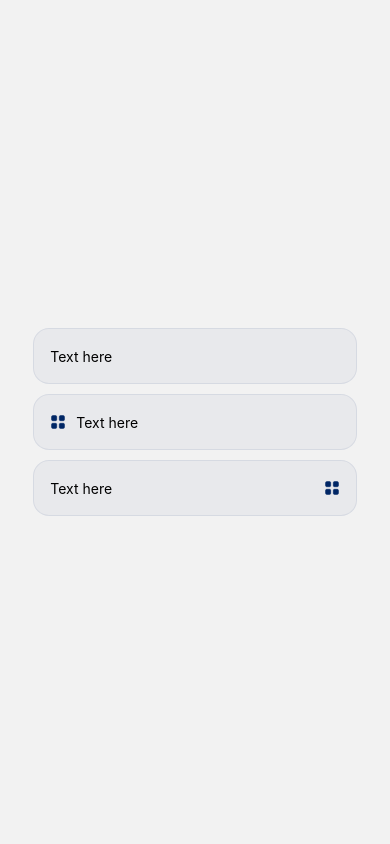
Repository: hungdomanh95/setuptheme
Screen: /HomeScreen
The author's editor kept a copy of each file at every save. The screen is drawn from the files as they stood at one save, then again after the next save.
The app was drawn by React Native's web renderer in a window 390 px wide. The project was rebuilt for these pictures with package versions that can differ from the ones it lists, and the page was loaded fresh each time. Also part of the build but not shown: src/components/Fade/index.js, src/components/Slide/index.js, src/components/RNBotton/index.js, src/components/RNCheckbox/index.js.

Above is the screen before, as saved 2022-05-17 17:07:03.

### App.js
import {View, Text} from 'react-native';
import React from 'react';
import RootNavigation from './src/navigation/rootNavigation';

const App = () => {
  return <RootNavigation />;
};

export default App;

### src/navigation/rootNavigation.js
import React from 'react'
import {NavigationContainer} from '@react-navigation/native';
import {createNativeStackNavigator} from '@react-navigation/native-stack';
import {
  HomeScreen,
} from '../screens';
import { SafeAreaProvider } from 'react-native-safe-area-context';

const Stack = createNativeStackNavigator();
const RootNavigation = () => {
  const screenOptions = {
    headerTransparent: true,
    headerShown: false,
  };
  const stackOption = {
    headerShown: true,
    headerBackTitle: '',
    headerTitle: '',
  };
  return (
    <SafeAreaProvider>
      <NavigationContainer>
        <Stack.Navigator screenOptions={screenOptions}>
          <Stack.Screen name="HomeScreen" component={HomeScreen} />
        </Stack.Navigator>
      </NavigationContainer>
    </SafeAreaProvider>
  );
};

export default RootNavigation;

### src/screens/index.js
import HomeScreen from './HomeScreen';
export {HomeScreen};

### src/screens/HomeScreen/index.js
import {View, StyleSheet} from 'react-native';
import React from 'react';
import {COLOR} from '../../theme';
import {Button, CheckBox, Input} from '../../components';
const icon = require("../../assets/icon/Categary.png")

const HomeScreen = () => {
  return (
    <View style={styles.container}>
      {/* <Button text="Button" type={'primary'} size={'fullsize'} />
      <Button text="Button" type={'danger'} size={'medium'} />
      <Button text="Button" type={'success'} size={'small'} />
      <Button text="Button" type={'warning'} size={80} />
      <Button
        text="Button"
        type={'primary'}
        size={'fullsize'}
        disabled={true}
      />
      <Button text="Button" color={COLOR.neural8} colorText={COLOR.neural} />

      <CheckBox /> */}
      <Input placeholder="Text here"/>
      <Input placeholder="Text here" iconLeft={icon} />
      <Input placeholder="Text here" iconRight={icon} />
    </View>
  );
};

export default HomeScreen;
const styles = StyleSheet.create({
  container: {
    flex: 1,
    justifyContent: 'center',
    alignItems: 'center',
  },
});

### src/theme/index.js
import {StyleSheet, Dimensions} from 'react-native';
const {width, height} = Dimensions.get('window');
const width_design = 375;
export const SIZE = {
  width,
  height,
  spacing: 16,
  spacing10:10,
  icon: 24,
  iconInput:16,
  btn1: (width * 343) / width_design,
  btn2: (width * 196) / width_design,
  btn3: (width * 160) / width_design,
  checkbox: 25,
  input1:(width * 311) / width_design
};
export const COLOR = {
  primary: '#002665',
  primary80: 'rgba(0, 38, 101, 0.8)',
  primary60: 'rgba(0, 38, 101, 0.6)',
  primary40: 'rgba(0, 38, 101, 0.4)',
  primary24: 'rgba(0, 38, 101, 0.24)',
  primary16: 'rgba(0, 38, 101, 0.16)',
  primary8: 'rgba(0, 38, 101, 0.08)',
  primary4: 'rgba(0, 38, 101, 0.04)',
  secondary: '#2567F9',
  secondary50: '#0077FF',
  secondary40: 'rgba(0, 119, 255, 0.4)',
  secondary24: 'rgba(0, 119, 255, 0.24)',
  secondary16: 'rgba(0, 119, 255, 0.16)',
  secondary8: 'rgba(0, 119, 255, 0.08)',
  white: '#FFFFFF',
  white64: 'rgba(255,255,255,0.64)',
  white40: 'rgba(255,255,255,0.4)',
  white24: 'rgba(255,255,255,0.24)',
  white16: 'rgba(255,255,255,0.16)',
  white8: 'rgba(255,255,255,0.08)',
  white4: 'rgba(255,255,255,0.04)',
  yellow: '#FDBE01',
  yellow80: 'rgba(253, 190, 1, 0.8)',
  yellow40: 'rgba(253, 190, 1, 0.4)',
  yellow16: 'rgba(253, 190, 1, 0.16)',
  red: '#DA000B',
  red80: 'rgba(227, 38, 46, 0.8)',
  red40: 'rgba(227, 38, 46, 0.4)',
  red16: 'rgba(227, 38, 46, 0.16)',
  gray: '#6D7E92',
  gray40: '#7689A2',
  gray24: '#B3BDCB',
  gray16: '#DADFE6',
  gray8: '#F9FAFD',
  green: '#18A348',
  green50: '#25C26E',
  green40: 'rgba(37, 194, 110, 0.4)',
  green24: 'rgba(37, 194, 110, 0.24)',
  neural: '#FFB200',
  neural80: 'rgba(255, 178, 0, 0.8)',
  neural40: 'rgba(255, 178, 0, 0.4)',
  neural24: 'rgba(255, 178, 0, 0.24)',
  neural16: 'rgba(255, 178, 0, 0.16)',
  neural8: 'rgba(255, 178, 0, 0.08)',
  orange: '#F44B02',
  orange80: 'rgba(244, 75, 2, 0.8)',
  orange40: 'rgba(244, 75, 2, 0.4)',
  orange8: '#FFECE3',
  infor: '#0289F4',
  infor80: 'rgba(2, 137, 244, 0.8)',
  infor40: 'rgba(2, 137, 244, 0.4)',
  infor10: 'rgba(2, 137, 244, 0.1)',
};
export const TEXT = StyleSheet.create({
  h1: {
    fontSize: 22,
    lineHeight: 33,
  },
  h2: {
    fontSize: 20,
    lineHeight: 30,
  },
  h3: {
    fontSize: 18,
    lineHeight: 27,
  },
  fz16: {
    fontSize: 16,
    lineHeight: 24,
  },
  fz14: {
    fontSize: 14,
    lineHeight: 21,
  },
  fz12: {
    fontSize: 12,
    lineHeight: 18,
  },
  fz10: {
    fontSize: 10,
    lineHeight: 15,
  },
  bold: {
    fontWeight: '700',
  },
  medium: {
    fontWeight: '500',
  },
  regular: {
    fontWeight: '400',
  },
});
export const SHADOWS = StyleSheet.create({
  sh: {
    backgroundColor: '#FFFFFF',
    shadowColor: 'rgba(0, 38, 101, 0.1)',
    shadowOffset: {
      width: 0,
      height: 2,
    },
    shadowOpacity: 2,
    shadowRadius: 5,
    elevation: 5,
  },
});

### src/components/index.js
import Fade from './Fade';
import Slide from './Slide';
import Button from './RNBotton';
import CheckBox from './RNCheckbox';
import Input from './Input';
export {Fade, Slide, Button, CheckBox, Input};

### src/components/Input/index.js
import {StyleSheet, Text, View, TextInput, Image} from 'react-native';
import React from 'react';
import {COLOR, SIZE} from '../../theme';

const Input = props => {
  const {placeholder, iconLeft, iconRight, onChangeText, value} = props;
  const styles = styleWithProps(props);
  return (
    <View style={styles.container}>
      {iconLeft && <Image source={iconLeft} style={styles.iconLeft} />}
      <TextInput
        placeholder={placeholder || 'Text here'}
        onChangeText={onChangeText}
        value={value}
      />
      {iconRight && <Image source={iconRight} style={styles.iconRight} />}
    </View>
  );
};

const styleWithProps = props =>
  StyleSheet.create({
    container: {
      borderWidth: 1,
      borderColor: COLOR.primary8,
      width: SIZE.input1,
      height: 56,
      borderRadius: 16,
      backgroundColor: COLOR.primary4,
      paddingHorizontal: SIZE.spacing,
      flexDirection: 'row',
      alignItems: 'center',
      marginVertical: 5,
      ...props.style,
    },
    iconLeft: {
      width: SIZE.iconInput,
      height: SIZE.iconInput,
      marginRight: SIZE.spacing10,
    },
    iconRight: {
      width: SIZE.iconInput,
      height: SIZE.iconInput,
      position: 'absolute',
      right: SIZE.spacing,
    },
  });
export default Input;

After the next save:
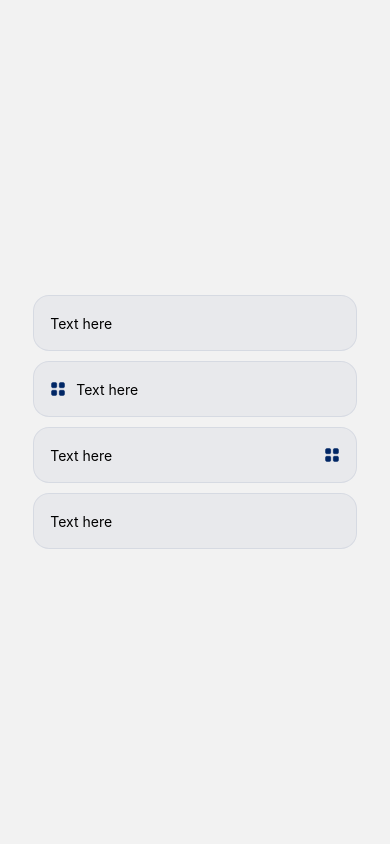
Saved 20 min 20 s later.
--- a/src/screens/HomeScreen/index.js
+++ b/src/screens/HomeScreen/index.js
@@ -23,6 +23,7 @@ const HomeScreen = () => {
       <Input placeholder="Text here"/>
       <Input placeholder="Text here" iconLeft={icon} />
       <Input placeholder="Text here" iconRight={icon} />
+      <Input placeholder="Text here" btnRight />
     </View>
   );
 };
